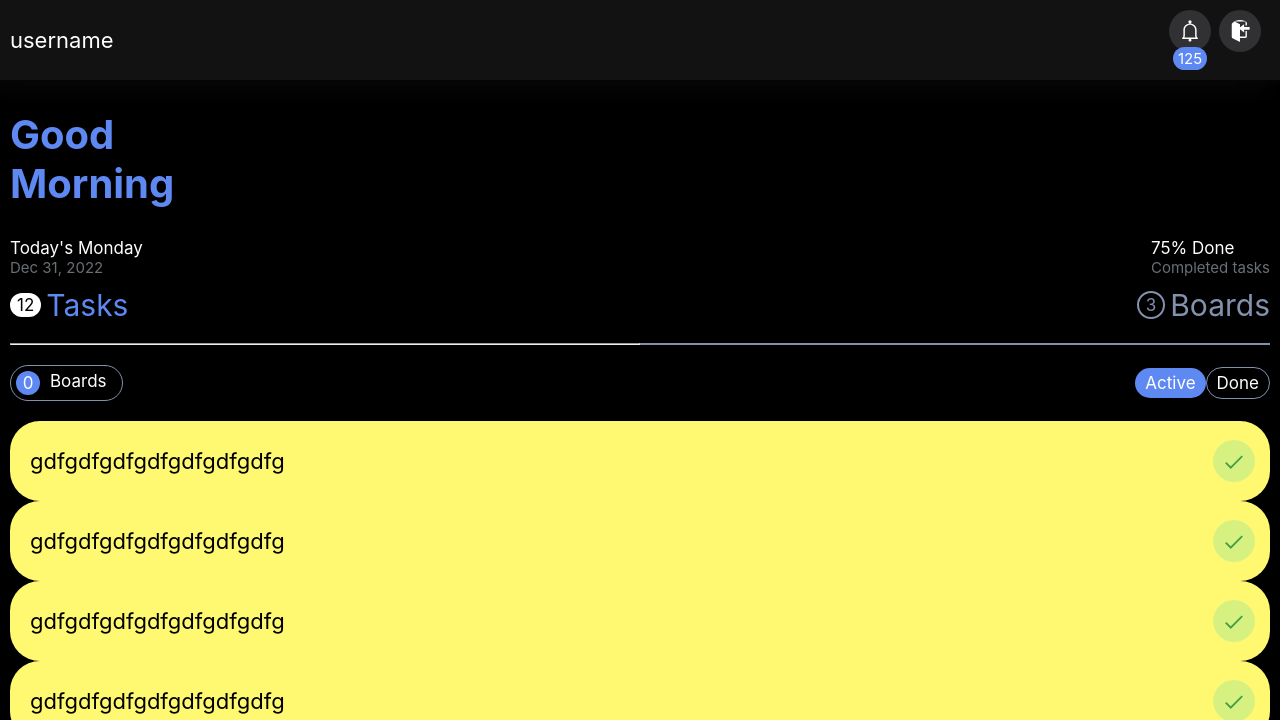
Repository: ShindanoSingi/todo-app
Page: /
The author's editor kept a copy of each file at every save. The page is drawn from the files as they stood at one save, then again after the next save.
The browser window is 1280 px wide. The pictures show the whole page.
The project was rebuilt for these pictures with package versions that can differ from the ones it lists, and the page was loaded fresh each time. Also part of the build but not shown: src/pages/LandingPage.js.

Above is the page before, as saved 2023-01-01 19:16:01.

### src/index.css
* {
  font-size: 22px;
  margin: 0;
  padding: 0;
}

body {
  margin: 0;
  padding: 0;
  font-family: -apple-system, BlinkMacSystemFont, 'Segoe UI', 'Roboto', 'Oxygen',
    'Ubuntu', 'Cantarell', 'Fira Sans', 'Droid Sans', 'Helvetica Neue',
    sans-serif;
  -webkit-font-smoothing: antialiased;
  -moz-osx-font-smoothing: grayscale;
}

code {
  font-family: source-code-pro, Menlo, Monaco, Consolas, 'Courier New',
    monospace;
}

.signin-icon-signin-text-container {
  display: flex;
  align-items: center;
  flex-direction: column;
}

.bell-icon-bell-num-container {
  display: flex;
  flex-direction: column;
  align-items: center;
  margin-left: 20px;
}

.signin-text {
  display: none;
}

.bell-num,
.signin-text {
  font-size: 15px;
}

.bell-num {
  text-align: center;
  color: #fff;
  padding: 2px 5px;
  background-color: #5f89f2;
  border-radius: 50px;
  margin-top: -5px;
}

.bell-icon,
.signin-icon {
  color: white;
  padding: 10px;
  border-radius: 50px;
  background-color: #313133;
}

div.signin-icon-signin-text-container:hover p.signin-text {
  display: block;
}

.bell-icon-signin-container {
  display: grid;
  grid-template-columns: 60px 60px;
}

.username,
.signin-text {
  color: #fff;
}

.nav-bar {
  display: flex;
  align-items: center;
  justify-content: space-between;
  padding: 10px;
  background: #121212;
  box-shadow: -11px 11px 22px #070707, 11px -11px 22px #1d1d1d;
}

h1 {
  position: absolute;
  top: 10%;
  z-index: 1;
}

h2 {
  font-size: 40px;
  color: #5f89f2;
}

.salutation-container {
  margin-top: 30px;
  padding-left: 10px;
}

.day,
.percent,
.small-boards,
.done,
.active {
  font-size: 17px;
  color: #ffffff;
}

.date,
.completed {
  font-size: 15px;
  color: #6a6f75;
}

.day-to-percent-container {
  display: flex;
  justify-content: space-between;
  padding: 10px;
  margin-top: 20px;
}

.tasks-num {
  text-align: center;
  font-size: 17px;
  background: #ffff;
  padding: 2px 7px;
  border-radius: 50px;
  height: 20px;
}

.tasks {
  font-size: 30px;
  font-weight: light;
  color: #5f89f2;
}

.boards-num {
  font-size: 17px;
  color: #8292ad;
  border: 2px solid #8292ad;
  padding: 2px 7px;
  border-radius: 50px;
  height: 20px;
}

.big-boards {
  font-size: 30px;
  font-weight: light;
  color: #8292ad;
}

.tasks-num-tasks-container,
.boards-num-boards-container {
  display: flex;
  align-items: center;
  gap: 5px;
}

.line-tasks {
  width: 50%;
}

.line-boards {
  width: 50%;
  border: 1px solid #8292ad;
}

.line-tasks-ine-boards-container {
  display: flex;
  justify-content: space-between;
  /* margin-top: 10px; */
  padding: 0 10px;
}

.tasks-to-boards-container {
  display: flex;
  justify-content: space-between;
  padding: 0 10px;
}

.num-boards {
  font-size: 17px;
  text-align: center;
  color: #fff;
  background: #5f89f2;
  padding: 2px;
  border-radius: 50px;
  height: 20px;
  width: 20px;
}

.small-boards {
  color: #fff;
}

.num-boards-small-boards-container {
  display: flex;
  gap: 10px;
  border: 1px solid #8292ad;
  padding: 5px;
  border-radius: 50px;
  padding-right: 15px;
}

.active {
  text-align: center;
  background: #5f89f2;
  padding: 0px 10px;
  border-radius: 50px;
  padding: 5px 10px;
}

.done {
  display: flex;
  gap: 10px;
  border: 1px solid #8292ad;
  border-radius: 50px;
  padding: 5px 10px;
}

.active-done-container {
  display: flex;
  align-items: center;
}

.num-boards-to-small-boards-container {
  display: flex;
  justify-content: space-between;
  align-items: center;
  padding: 0 10px;
}

.task-title {
  word-wrap: break-word;
  padding: 5px;
  width: 80%;
}

.check-circle-icon {
  color: white;
  padding: 10px;
  border-radius: 50px;
  background: rgba(74, 210, 193, 0.21);
}

.todo-card {
  margin: 0 10px;
  padding: 15px;
  min-height: 50px;
  border-radius: 30px;
  display: flex;
  align-items: center;
  justify-content: space-between;
}

.main {
  display: flex;
  flex-direction: column;
  /* grid-template-rows: auto; */
  gap: 20px;
}

/* Credit: Cole McCombs; */
.landing-page-wrapper {
  height: 100%;
  display: flex;
  flex-direction: column;
  align-items: center;
  justify-content: center;
}

/* Credit: Cole McCombs; */
.button {
  min-width: 150px;
  min-height: 40px;
  font-family: 'Nunito', sans-serif;
  font-size: 22px;
  text-transform: uppercase;
  letter-spacing: 1.3px;
  font-weight: 700;
  color: #313133;
  background: #37b7ff;
  background: linear-gradient(
    90deg,
    rgb(59, 123, 190) 0%,
    rgb(29, 181, 228) 100%
  );
  border: none;
  border-radius: 1000px;
  box-shadow: 12px 12px 24px rgba(28, 120, 186, 0.64);
  transition: all 0.3s ease-in-out 0s;
  cursor: pointer;
  outline: none;
  position: absolute;
  top: 85%;
  padding: 10px;
}

/* Credit: Cole McCombs; */
button::before {
  content: '';
  border-radius: 1000px;
  min-width: calc(150px + 12px);
  min-height: calc(40px + 12px);
  border: 6px solid #008cff;
  box-shadow: 0 0 60px rgba(25, 150, 233, 0.64);
  position: absolute;
  top: 50%;
  left: 50%;
  transform: translate(-50%, -50%);
  opacity: 0;
  transition: all 0.3s ease-in-out 0s;
}

/* Credit: Cole McCombs; */
.button:hover,
.button:focus {
  color: #bfbfd4;
  transform: translateY(-6px);
}

/* Credit: Cole McCombs; */
button:hover::before,
button:focus::before {
  opacity: 1;
}

/* Credit: Cole McCombs; */
button::after {
  content: '';
  width: 30px;
  height: 30px;
  border-radius: 100%;
  border: 6px solid #0f8bdd;
  position: absolute;
  z-index: -1;
  top: 50%;
  left: 50%;
  transform: translate(-50%, -50%);
  animation: ring 1.5s infinite;
}

/* Credit: Cole McCombs; */
button:hover::after,
button:focus::after {
  animation: none;
  display: none;
}

/* Credit: Cole McCombs; */
@keyframes ring {
  0% {
    width: 20px;
    height: 20px;
    opacity: 1;
  }
  100% {
    width: 150px;
    height: 150px;
    opacity: 0;
  }
}

.landing-page-image {
  position: fixed;
  width: 100%;
  height: 100%;
}

.landing-page-image {
  -webkit-animation: anim 8s infinite linear;
  animation: anim 8s infinite linear;
}

@-webkit-keyframes anim {
  from {
    -webkit-transform: rotateY(0deg);
  }
  to {
    -webkit-transform: rotateY(90deg);
  }
}

@keyframes anim {
  from {
    transform: rotateY(90deg);
  }
  to {
    transform: rotateY(0deg);
  }
}

.container {
  height: 100%;
  width: 100%;
  position: fixed;
  background-color: #000000;
}

### src/App.js
import Todos from './pages/Todos'

import LandingPage from './pages/LandingPage'

function App() {
  return (
    <div className="">
      {/* <LandingPage /> */}
      <Todos />
    </div>
  )
}

export default App

### src/pages/Todos.js
import React from 'react'
import checkbox from '../assests/check.svg'
import { RxBell } from 'react-icons/rx'
import { GoSignIn } from 'react-icons/go'
import { FcCheckmark } from 'react-icons/fc'

function Todos() {
    let color = "#FEF970"
    return (
        <div className='container'>
            <div className='todos-wrapper'>
                <nav className='nav-bar'>
                    <p className='username'>username</p>
                    <div className='bell-icon-signin-container'>
                        <div className='bell-icon-bell-num-container'>
                            <RxBell className='bell-icon' />
                            <p className='bell-num'>125</p>
                        </div>
                        <div className='signin-icon-signin-text-container'>
                            <GoSignIn className='signin-icon' />
                            <p className='signin-text'>Sign In</p>
                        </div>

                    </div>
                </nav>
                <div className='salutation-container'>
                    <h2 className='good-text'>Good</h2>
                    <h2 className='morning-text'>Morning</h2>
                </div>

                <div className='day-to-percent-container'>
                    <div className='day-date-container'>
                        <p className='day'>Today's Monday</p>
                        <p className='date'>Dec 31, 2022</p>
                    </div>
                    <div className='percent-completed-container'>
                        <p className='percent'>75% Done</p>
                        <p className='completed'>Completed tasks</p>
                    </div>
                </div>
                <main className='main'>
                    <div className='tasks-to-boards-container'>
                        <div className='tasks-num-tasks-container'>
                            <p className='tasks-num'>12</p>
                            <p className='tasks'>Tasks</p>
                        </div>
                        <div className='boards-num-boards-container'>
                            <p className='boards-num'>3</p>
                            <p className='big-boards'>Boards</p>
                        </div>
                    </div>
                    <div className='line-tasks-ine-boards-container'>
                        <hr className='line-tasks' />
                        <hr className='line-boards' />
                    </div>

                    <div className='num-boards-to-small-boards-container'>
                        <div className='num-boards-small-boards-container'>
                            <p className='num-boards'>0</p>
                            <p className='small-boards'>Boards</p>
                        </div>
                        <div className='active-done-container'>
                            <p className='active'>Active</p>
                            <p className='done'>Done</p>
                        </div>
                    </div>
                    <div className='todos-container'>
                        <div className='todo-card' style={{ backgroundColor: color }}>
                            <p className='task-title'>gdfgdfgdfgdfgdfgdfgdfg</p>
                            < FcCheckmark className='check-circle-icon' />
                        </div>
                        <div className='todo-card' style={{ backgroundColor: color }}>
                            <p className='task-title'>gdfgdfgdfgdfgdfgdfgdfg</p>
                            < FcCheckmark className='check-circle-icon' />
                        </div>
                        <div className='todo-card' style={{ backgroundColor: color }}>
                            <p className='task-title'>gdfgdfgdfgdfgdfgdfgdfg</p>
                            < FcCheckmark className='check-circle-icon' />
                        </div>
                        <div className='todo-card' style={{ backgroundColor: color }}>
                            <p className='task-title'>gdfgdfgdfgdfgdfgdfgdfg</p>
                            < FcCheckmark className='check-circle-icon' />
                        </div>
                        <div className='todo-card' style={{ backgroundColor: color }}>
                            <p className='task-title'>gdfgdfgdfgdfgdfgdfgdfg</p>
                            < FcCheckmark className='check-circle-icon' />
                        </div>
                        <div className='todo-card' style={{ backgroundColor: color }}>
                            <p className='task-title'>gdfgdfgdfgdfgdfgdfgdfg</p>
                            < FcCheckmark className='check-circle-icon' />
                        </div>
                        <div className='todo-card' style={{ backgroundColor: color }}>
                            <p className='task-title'>gdfgdfgdfgdfgdfgdfgdfg</p>
                            < FcCheckmark className='check-circle-icon' />
                        </div>
                        <div className='todo-card' style={{ backgroundColor: color }}>
                            <p className='task-title'>gdfgdfgdfgdfgdfgdfgdfg</p>
                            < FcCheckmark className='check-circle-icon' />
                        </div>
                        <div className='todo-card' style={{ backgroundColor: color }}>
                            <p className='task-title'>gdfgdfgdfgdfgdfgdfgdfg</p>
                            < FcCheckmark className='check-circle-icon' />
                        </div>
                        <div className='todo-card' style={{ backgroundColor: color }}>
                            <p className='task-title'>gdfgdfgdfgdfgdfgdfgdfg</p>
                            < FcCheckmark className='check-circle-icon' />
                        </div>
                        <div className='todo-card' style={{ backgroundColor: color }}>
                            <p className='task-title'>gdfgdfgdfgdfgdfgdfgdfg</p>
                            < FcCheckmark className='check-circle-icon' />
                        </div>
                        <div className='todo-card' style={{ backgroundColor: color }}>
                            <p className='task-title'>gdfgdfgdfgdfgdfgdfgdfg</p>
                            < FcCheckmark className='check-circle-icon' />
                        </div>
                        <div className='todo-card' style={{ backgroundColor: color }}>
                            <p className='task-title'>gdfgdfgdfgdfgdfgdfgdfg</p>
                            < FcCheckmark className='check-circle-icon' />
                        </div>
                        <div className='todo-card' style={{ backgroundColor: color }}>
                            <p className='task-title'>gdfgdfgdfgdfgdfgdfgdfg</p>
                            < FcCheckmark className='check-circle-icon' />
                        </div>
                        <div className='todo-card' style={{ backgroundColor: color }}>
                            <p className='task-title'>gdfgdfgdfgdfgdfgdfgdfg</p>
                            < FcCheckmark className='check-circle-icon' />
                        </div>
                        <div className='todo-card' style={{ backgroundColor: color }}>
                            <p className='task-title'>gdfgdfgdfgdfgdfgdfgdfg</p>
                            < FcCheckmark className='check-circle-icon' />
                        </div>
                        <div className='todo-card' style={{ backgroundColor: color }}>
                            <p className='task-title'>gdfgdfgdfgdfgdfgdfgdfg</p>
                            < FcCheckmark className='check-circle-icon' />
                        </div>
                        <div className='todo-card' style={{ backgroundColor: color }}>
                            <p className='task-title'>gdfgdfgdfgdfgdfgdfgdfg</p>
                            < FcCheckmark className='check-circle-icon' />
                        </div>
                        <div className='todo-card' style={{ backgroundColor: color }}>
                            <p className='task-title'>gdfgdfgdfgdfgdfgdfgdfg</p>
                            < FcCheckmark className='check-circle-icon' />
                        </div>
                        <div className='todo-card' style={{ backgroundColor: color }}>
                            <p className='task-title'>gdfgdfgdfgdfgdfgdfgdfg</p>
                            < FcCheckmark className='check-circle-icon' />
                        </div>
                        <div className='todo-card' style={{ backgroundColor: color }}>
                            <p className='task-title'>gdfgdfgdfgdfgdfgdfgdfg</p>
                            < FcCheckmark className='check-circle-icon' />
                        </div>
                        <div className='todo-card' style={{ backgroundColor: color }}>
                            <p className='task-title'>gdfgdfgdfgdfgdfgdfgdfg</p>
                            < FcCheckmark className='check-circle-icon' />
                        </div>

                    </div>

                </main>
            </div>
        </div>
    )
}

export default Todos

Loaded but not shown: public/index.html (common file); src/index.js (common file); src/reportWebVitals.js (common file)

After the next save:
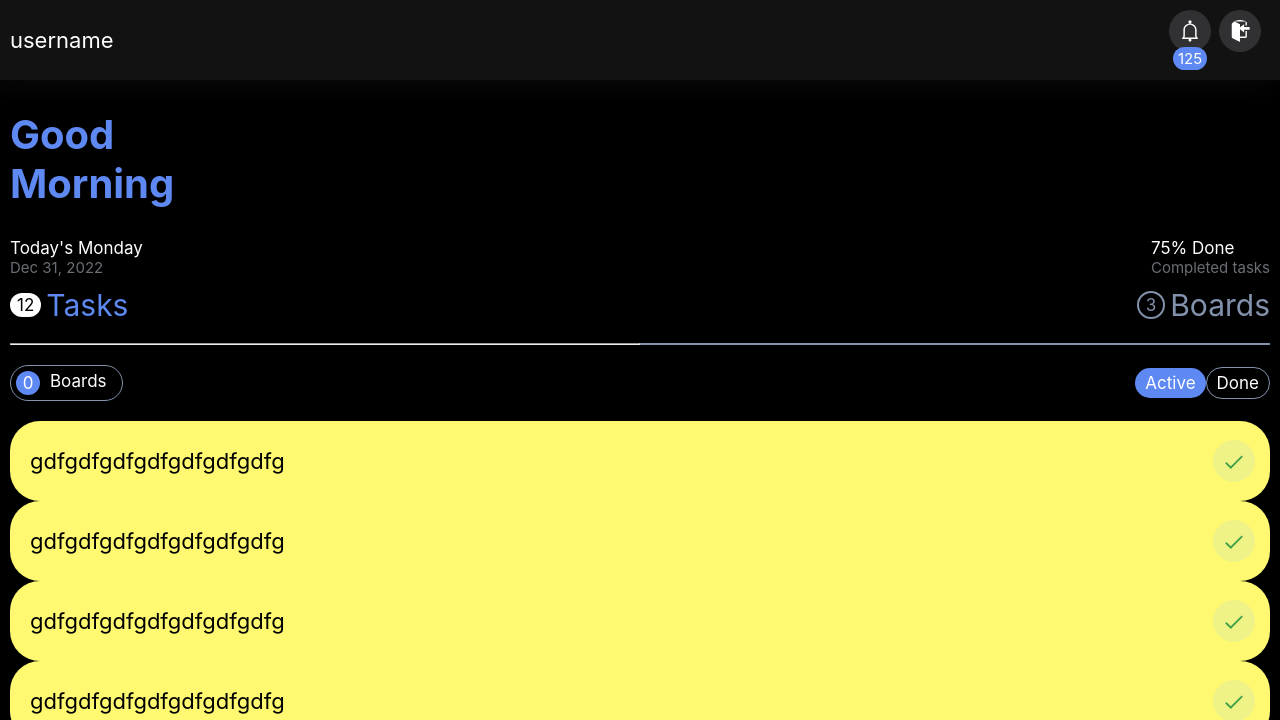
Saved 18 s later.
--- a/src/index.css
+++ b/src/index.css
@@ -240,7 +240,7 @@ h2 {
   color: white;
   padding: 10px;
   border-radius: 50px;
-  background: rgba(74, 210, 193, 0.21);
+  background: rgba(186, 223, 219, 0.21);
 }
 
 .todo-card {
